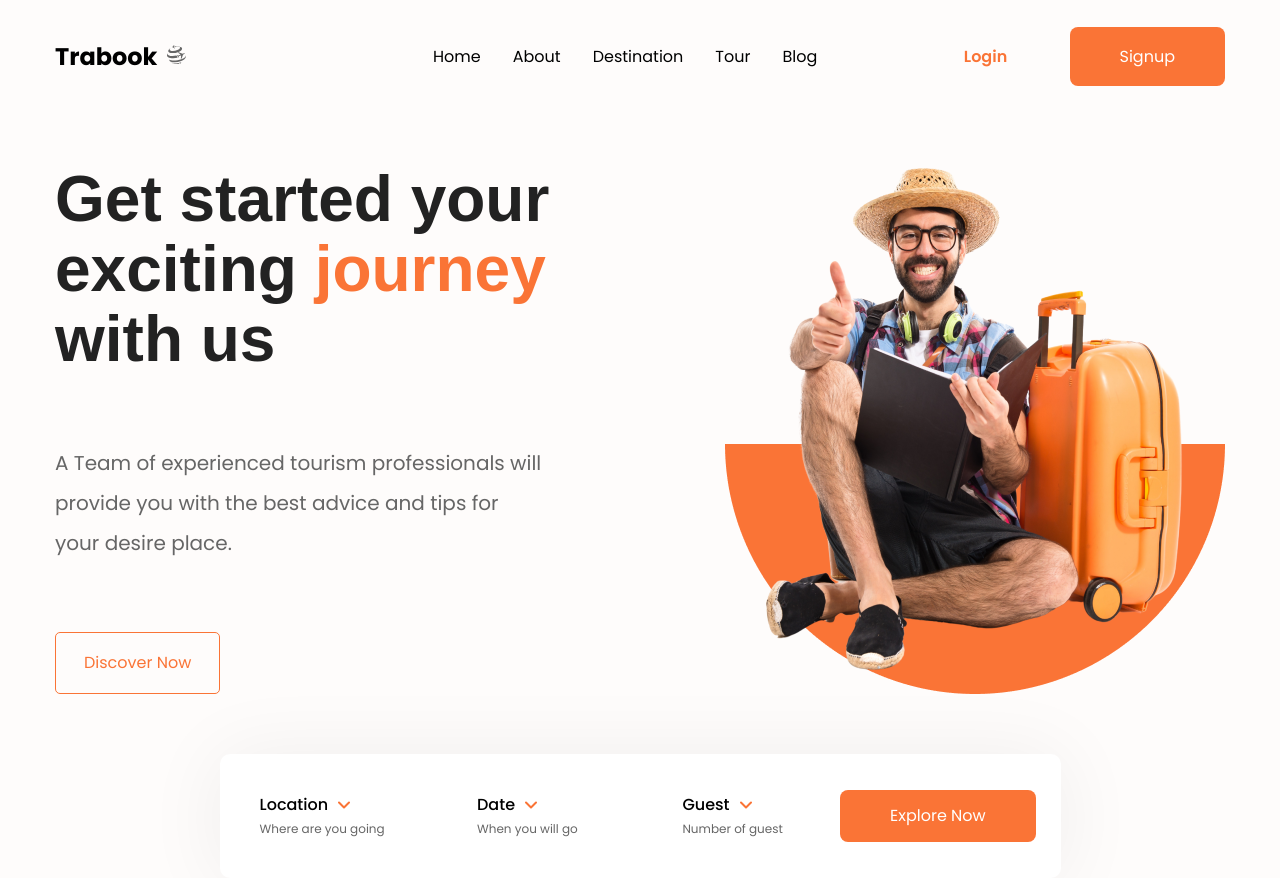
Repository: phobo99/phobo99.github.io
Page: Trabook/index.html
The author's editor kept a copy of each file at every save. The page is drawn from the files as they stood at one save, then again after the next save.
The browser window is 1280 px wide. The pictures show the whole page.
Some web fonts or font styles are not loaded; a fallback is used. Some web libraries are served in a nearby version. The style sheet was rebuilt from its Sass, Less or Tailwind sources for each picture, by a compiler version that may differ from the author's.

Above is the page before, as saved 2022-06-18 23:40:12.

After the next save:
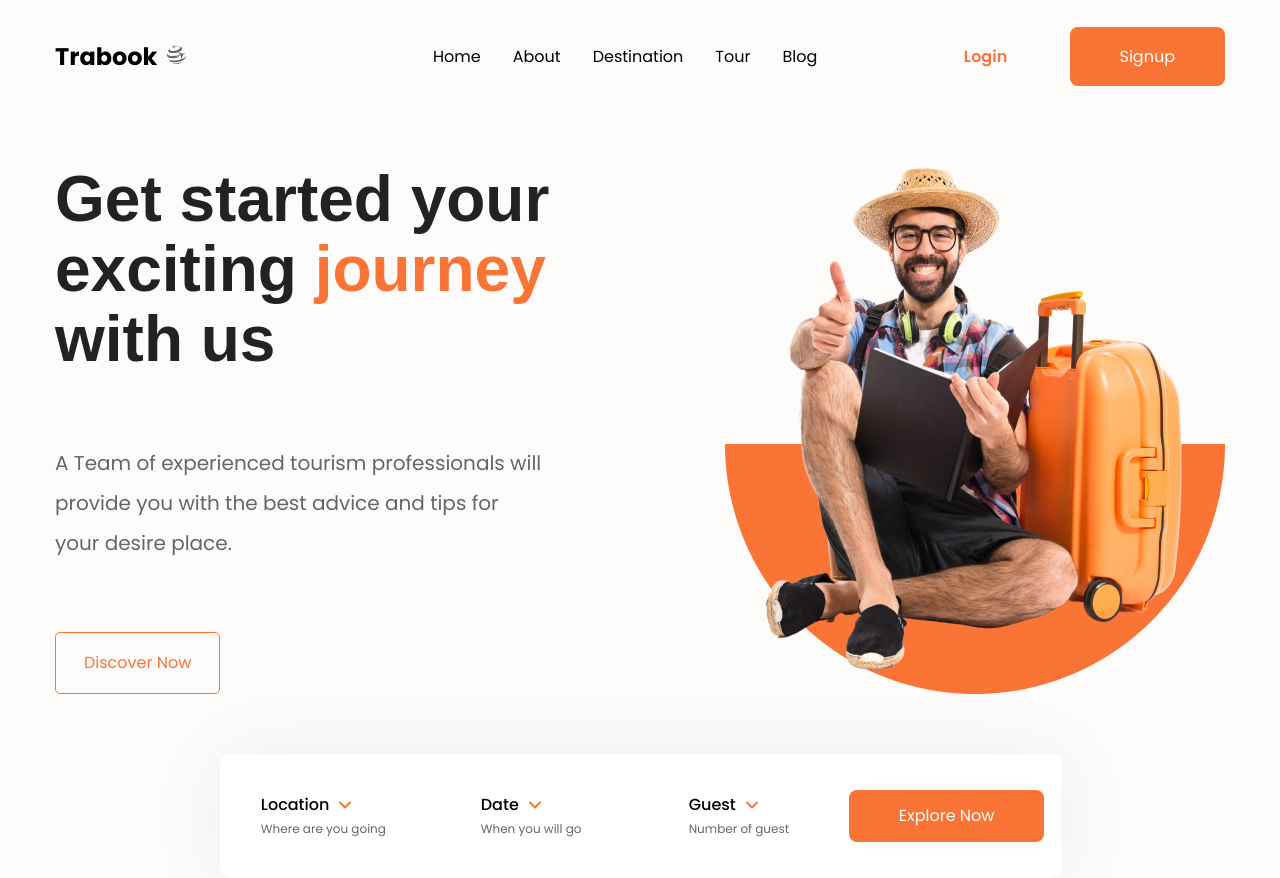
Saved 6 s later.
--- a/Trabook/style.scss
+++ b/Trabook/style.scss
@@ -145,7 +145,7 @@
       .list-search {
         width: 100%;
         height: 100%;
-        padding-right: 20px;
+        padding-right: 10px;
         display: grid;
         grid-template-columns: 1fr 1fr 1fr 1fr;
         justify-items: center;

After the save that followed:
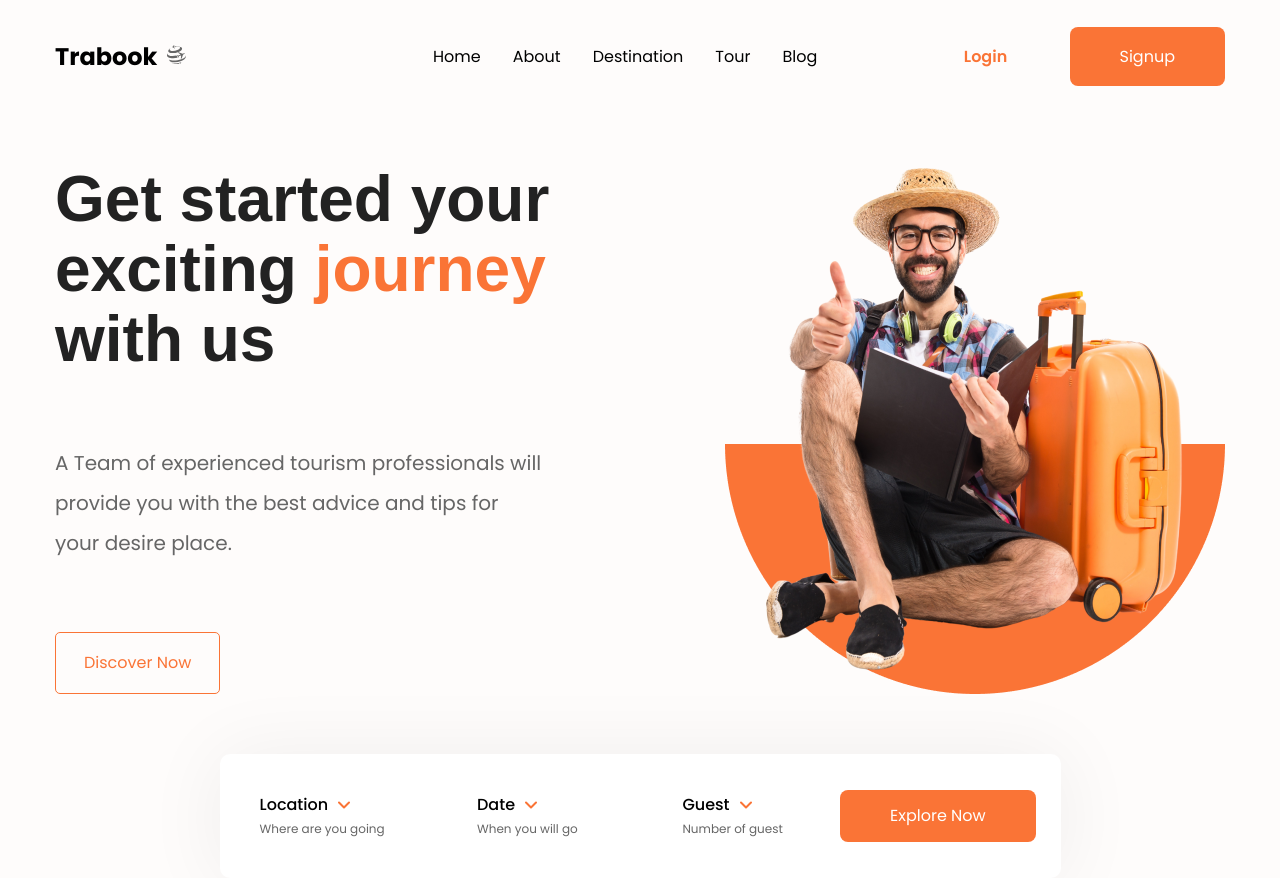
Saved 4 s later.
--- a/Trabook/style.scss
+++ b/Trabook/style.scss
@@ -145,7 +145,7 @@
       .list-search {
         width: 100%;
         height: 100%;
-        padding-right: 10px;
+        padding-right: 20px;
         display: grid;
         grid-template-columns: 1fr 1fr 1fr 1fr;
         justify-items: center;
